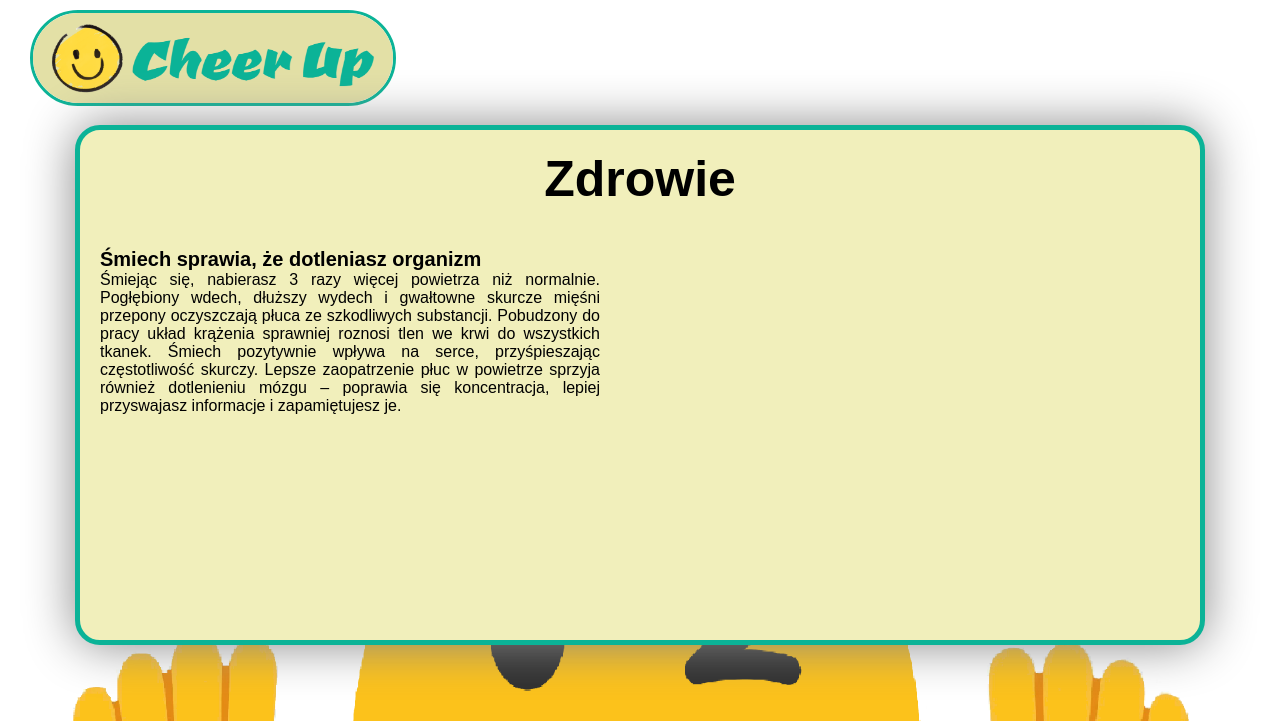
Repository: addstaw/moja-strona
Page: zdrowie.html
These files come from the project's save history. The page is drawn as it stood at one moment and after the next save; the edit follows.
The browser window is 1280 px wide. The pictures show the whole page.
Some web fonts or font styles are not loaded; a fallback is used.

Above is the page before, as saved 2020-05-22 14:13:17.

### zdrowie.html
<!DOCTYPE html>
<html lang="pl">
    <head>
        <meta charset="utf-8"/>
        <title> Cheer Up</title>
        <link rel="shortcut icon" href="png/logo1.png" type="image/x-icon" />
        <meta name="description" content="Uśmiech to coś więcej niż prosty wyraz emocji. To nasza dusza wypuszczona na zewnątrz."/>
        <meta name="keywords" content="uśmiech, szczęście"/>
        <meta http-equiv="X-UA-Compatible" content="IE=edge, chrome=1"/>
        <link rel="stylesheet" href="css/style2.css" type="text/css"/>
        <link href="https://fonts.googleapis.com/css2?family=Ceviche+One&display=swap" rel="stylesheet">
        <link href="https://fonts.googleapis.com/css2?family=Pangolin&display=swap" rel="stylesheet">
    <body>
        <div id="maincontainer">
            <herder>
                <div id="header">
                    <nav>
                        <span><img id="logo" src="png/header.png" width=360" height="90"/></span>
                    </nav>
                </div>
            </header>

            <div id="pause">

            </div>
            <section>
                <img id="emoticon" src="png/page4.png" width=100%" />
            </section>
            <div id="content">
                <h1>Zdrowie</h1>
                <p> <span>Śmiech sprawia, że dotleniasz organizm</span><br/>
                    Śmiejąc się, nabierasz 3 razy więcej powietrza niż normalnie. Pogłębiony wdech, dłuższy wydech i gwałtowne skurcze mięśni przepony oczyszczają płuca ze szkodliwych substancji. Pobudzony do pracy układ krążenia sprawniej roznosi tlen we krwi do wszystkich tkanek. Śmiech pozytywnie wpływa na serce, przyśpieszając częstotliwość skurczy. Lepsze zaopatrzenie płuc w powietrze sprzyja również dotlenieniu mózgu – poprawia się koncentracja, lepiej przyswajasz informacje i zapamiętujesz je.</p>
            </div>
        </div>

    </body>
</html>

### css/style2.css
*{
    margin: 0px;
    font-family: sans-serif;
}
/*maincontaine*/
    #maincontainer{
        text-align: center;
        position: relative;
        z-index: 1;
    }
    #header{
        margin-right: 1500px;
    }
    #pause{
        /*height: calc(103vh - 80vw); first version*/
        height: calc(100vh - 110px - 100vw * (536/1919));
        z-index: 1;
    }
    #logo{
        border-radius: 75px;
        border: 3px solid #0bb397;
        margin-left: 30px;
        margin-top: 10px;
        z-index: 1;
    }
    #content{
        position: fixed;
        width: calc(100vw - 160px);
        height: calc(100vh - 210px);
        background-color: #f1efbb;
        border: 5px solid  #0bb397;
        border-radius: 25px;
        z-index: 2;
        top: 125px;
        left: 75px;
        box-shadow: 0 0 50px  #888888
    }
    h1{
        padding: 20px 0;
        font-size: 50px;
    }
    p{
        width: 500px;
        text-align: justify;
        padding: 20px;
        position: ;
    }
    span{
        font-weight: bold;
        font-size: 20px;
        padding: 20px 0;
    }

After the next save:
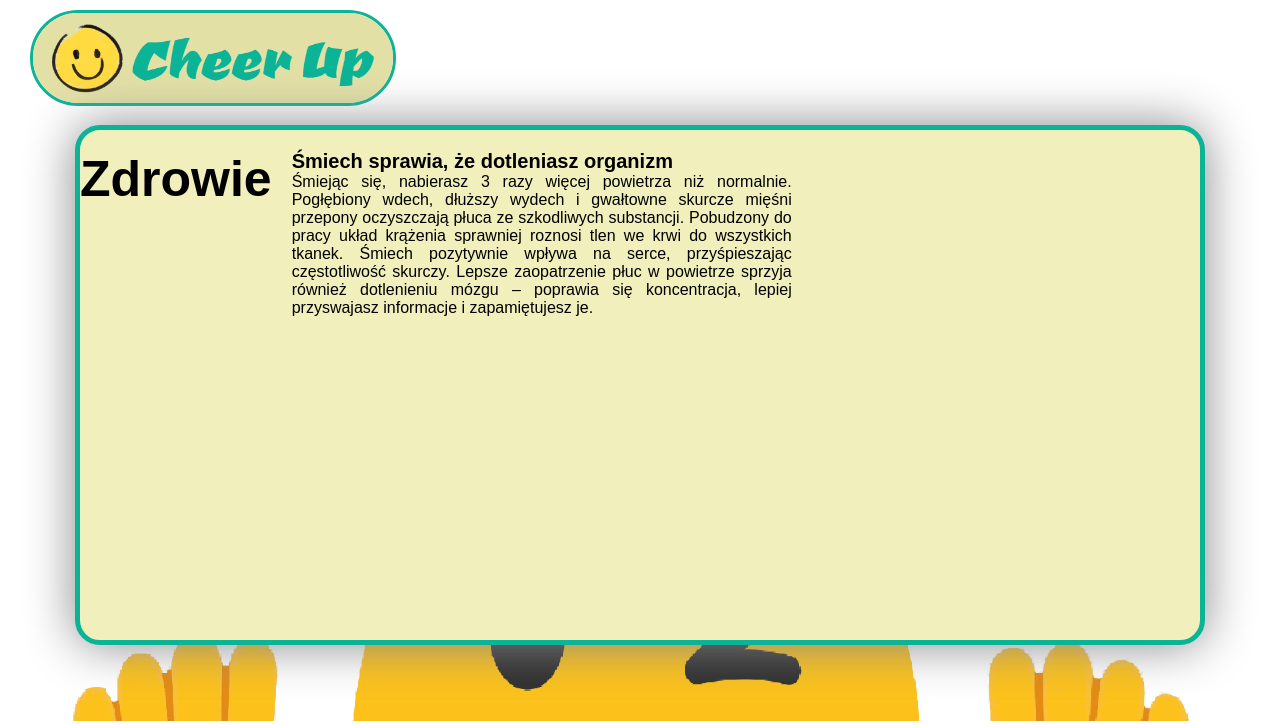
Saved 3 min 32 s later.
--- a/css/style2.css
+++ b/css/style2.css
@@ -33,7 +33,8 @@
         z-index: 2;
         top: 125px;
         left: 75px;
-        box-shadow: 0 0 50px  #888888
+        box-shadow: 0 0 50px  #888888;
+        display: flex;
     }
     h1{
         padding: 20px 0;
@@ -43,7 +44,6 @@
         width: 500px;
         text-align: justify;
         padding: 20px;
-        position: ;
     }
     span{
         font-weight: bold;
